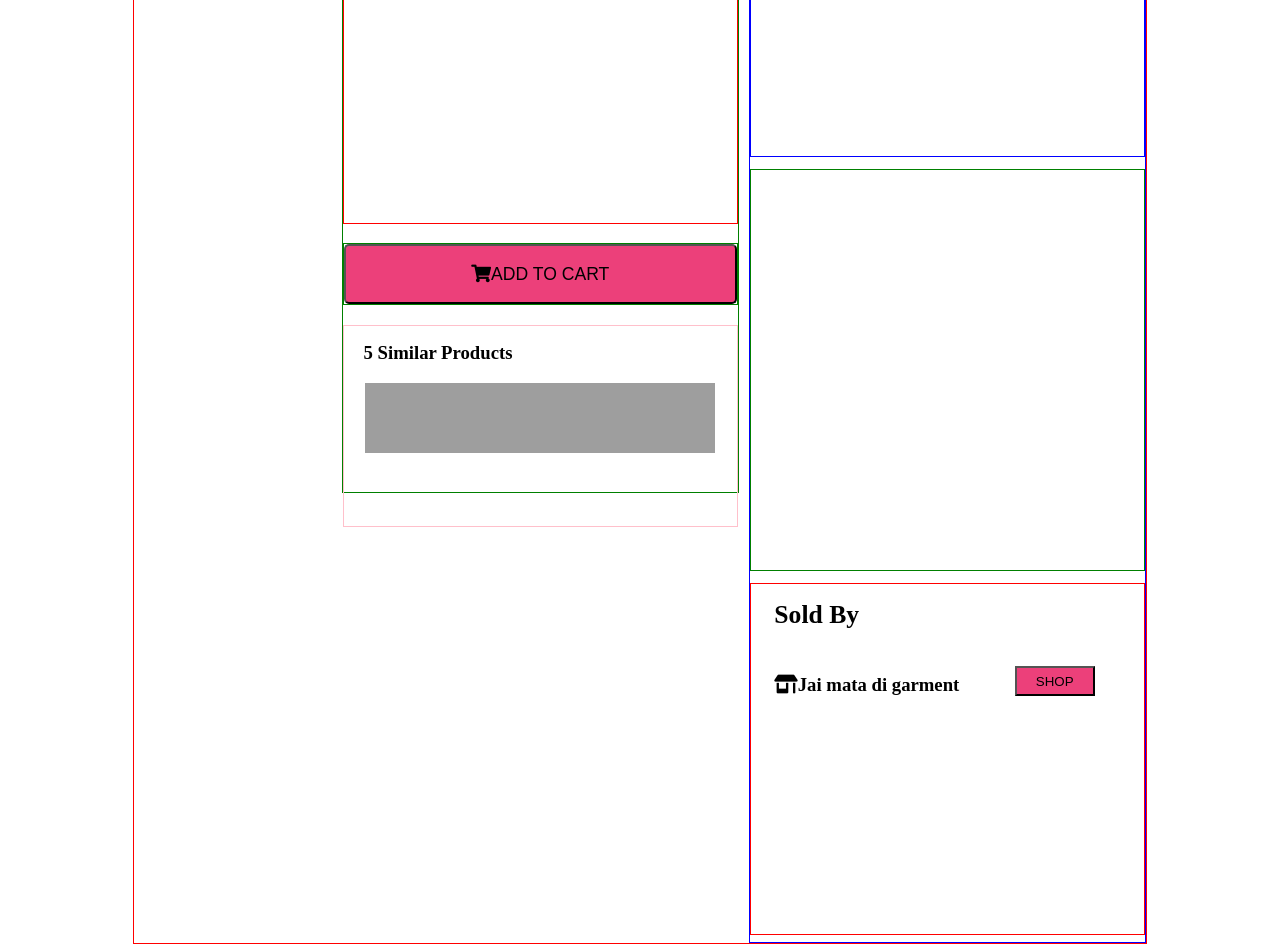
Repository: deepakxxxx/meesho
Page: catelog.html
An editor plug-in stored every save of this project. The page is shown before and after a run of saves, followed by the edit.
The browser window is 1280 px wide. The pictures show the part of the page from y = 419 to 1371 px (the page is 1371 px tall).
Pictures or frames that could not be fetched are drawn as grey boxes. A picture or video elsewhere on the page could not be fetched, so the positions and the page height are approximate.

Above is the page before, as saved 2021-11-06 17:47:00.

After the next 3 saves:
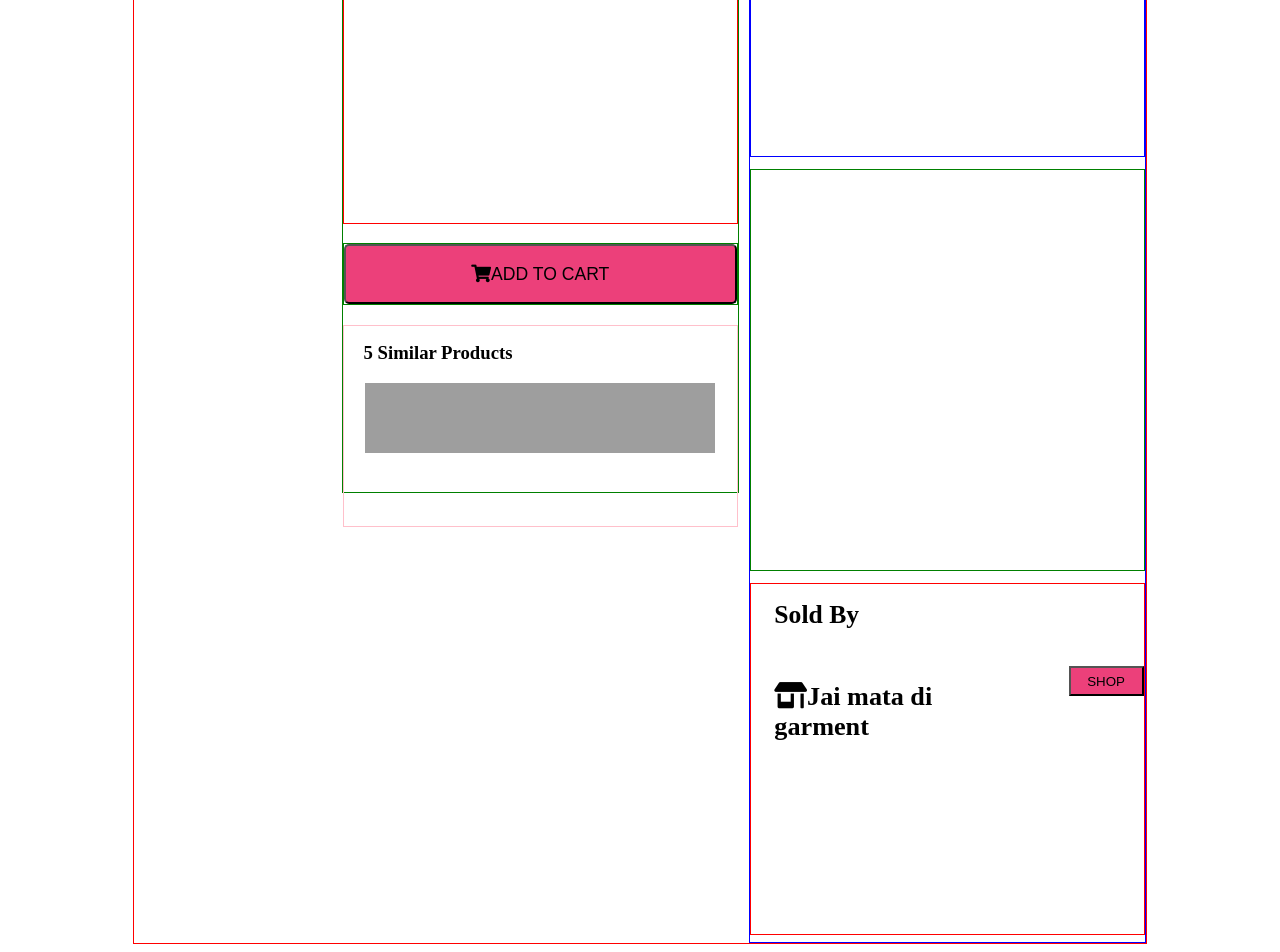
The 3 saves are shown as one change because they came seconds apart.
The last was saved 21 s later.
--- a/catelog.html
+++ b/catelog.html
@@ -221,6 +221,7 @@
         display: flex;
         margin-left: 6%;
         column-gap: 15%;
+        font-size: 140%;
     }
     #sho > button{
         width: 80px;
